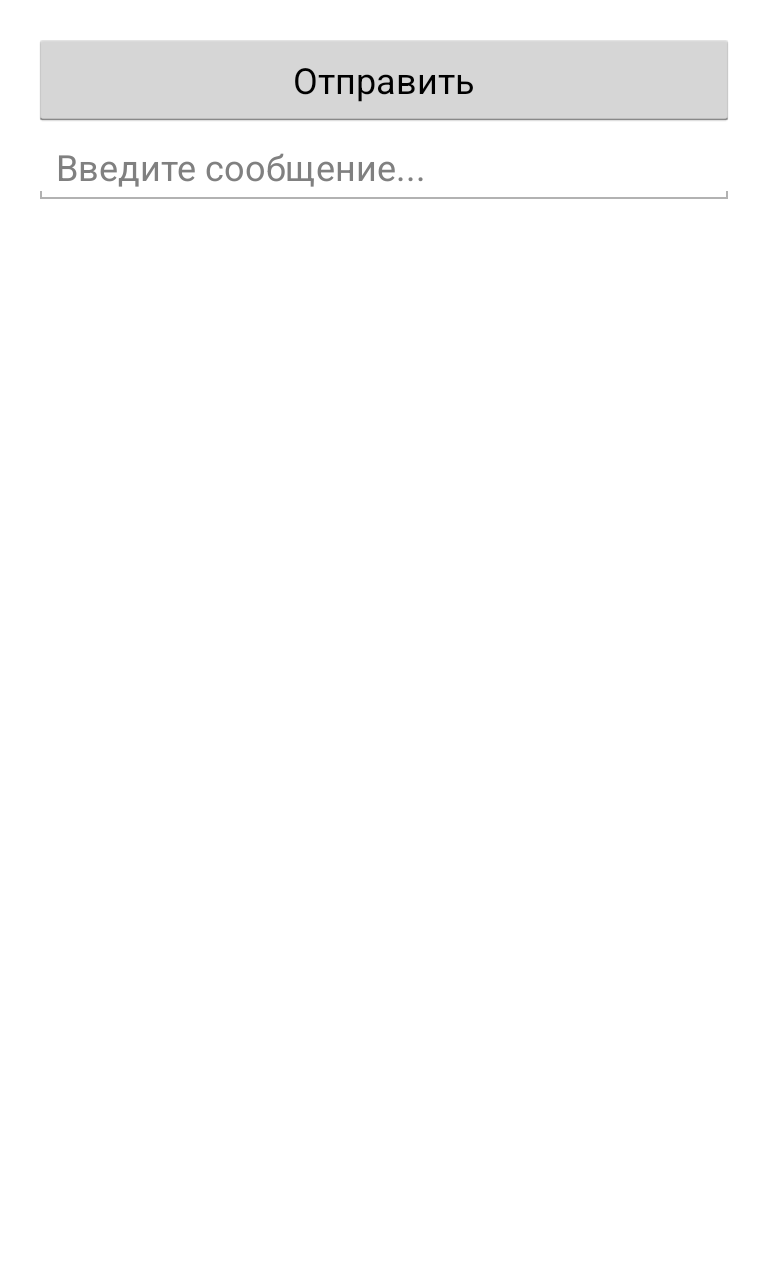
Repository: DukeSpontaneous/Bluetooth-Chat
Layout: BluetoothChat/res/layout/chat.xml
An editor plug-in stored every save of this project. The layout is shown before and after the next save, followed by the edit.
It is drawn on a 768 x 1280 px phone screen (xhdpi) without system bars, with theme AppTheme; the app's code is not run. Lists and similar views that code fills are empty.

Above is the layout before, as saved 2016-08-18 10:04:03.

After the next save:
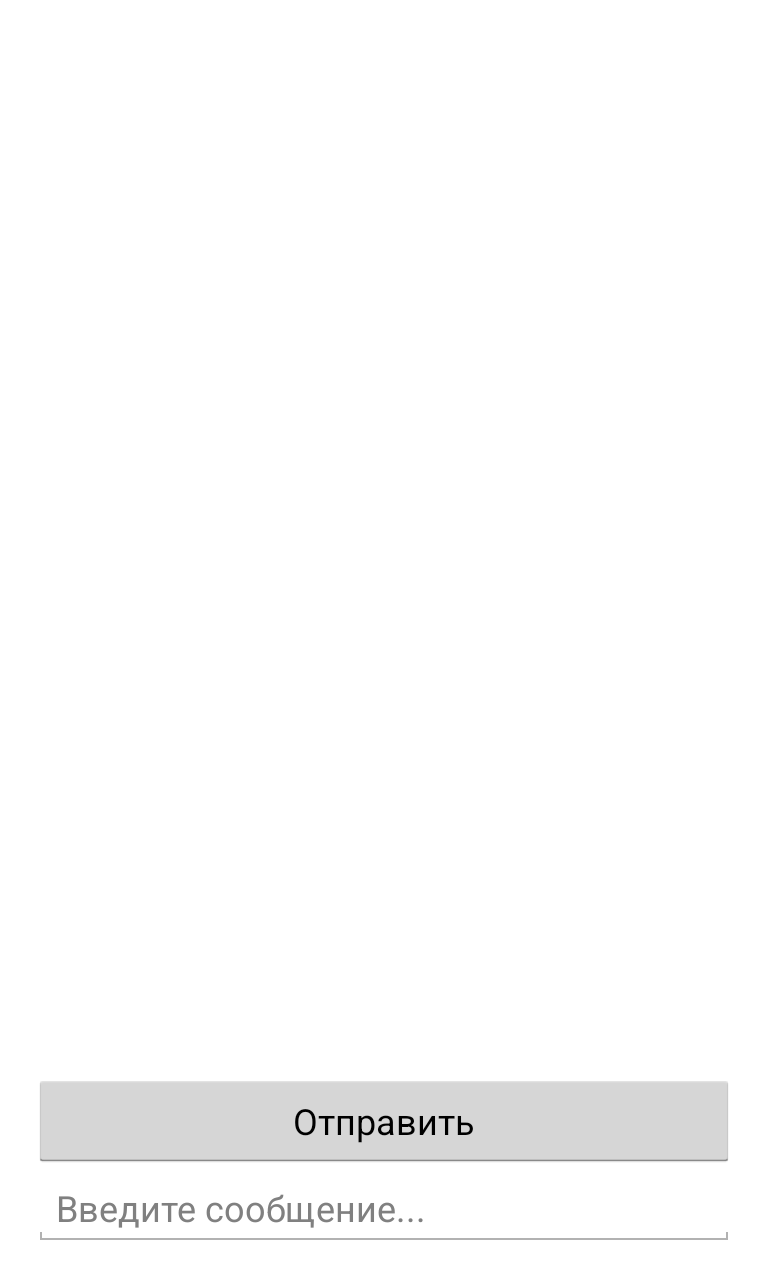
Saved 13 s later.
--- a/BluetoothChat/res/layout/chat.xml
+++ b/BluetoothChat/res/layout/chat.xml
@@ -10,6 +10,13 @@
     android:paddingTop="16dp">
 
     <!--android:configChanges="orientation|screenSize"-->
+
+    <ListView
+        android:id="@+id/listViewChat"
+        android:layout_width="match_parent"
+        android:layout_height="0dp"
+        android:layout_weight="1" >
+    </ListView>
 
     <Button
         android:id="@+id/buttonSendMessage"
@@ -25,12 +32,5 @@
         android:hint="@string/hint_input_message"
         android:inputType="textMultiLine" />
 
-    <ListView
-        android:id="@+id/listViewChat"
-        android:layout_width="match_parent"
-        android:layout_height="0dp"
-        android:layout_gravity="fill"
-        android:layout_weight="1" />
-
 
 </LinearLayout>
